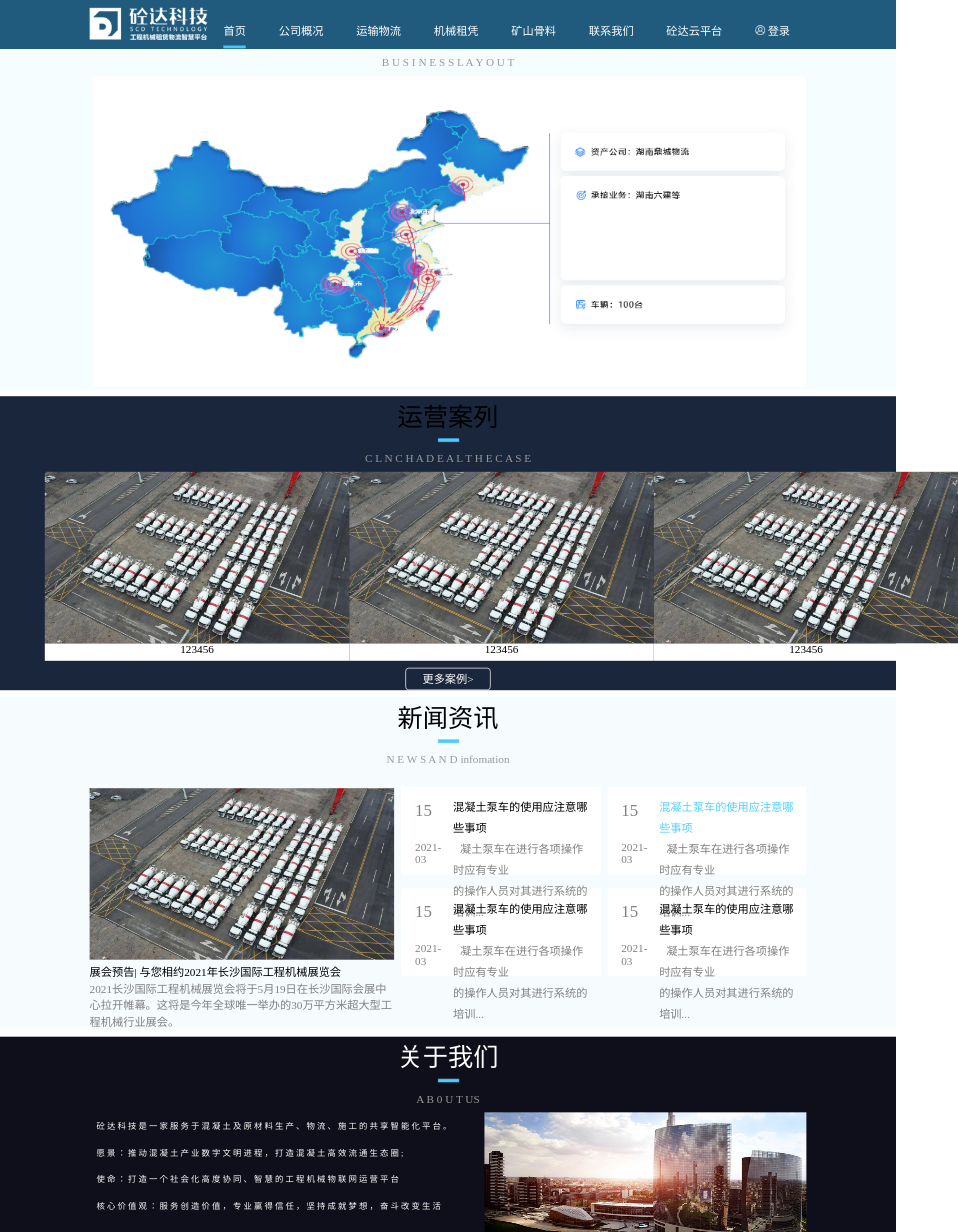
Repository: nzrdjdj/nzrdjdj.github.io
Page: index.html
An editor plug-in stored every save of this project. The page is shown before and after the next save, followed by the edit.
The browser window is 1280 px wide. The page is 1369 px wide, so the pictures cover 1369 px, including what lies to the right of the window. The pictures show the part of the page from y = 0 to 1760 px (the page is 2036 px tall before and 2705 px after), at 70% of full size.

Above is the page before, as saved 2021-10-09 09:53:04.

After the next save:
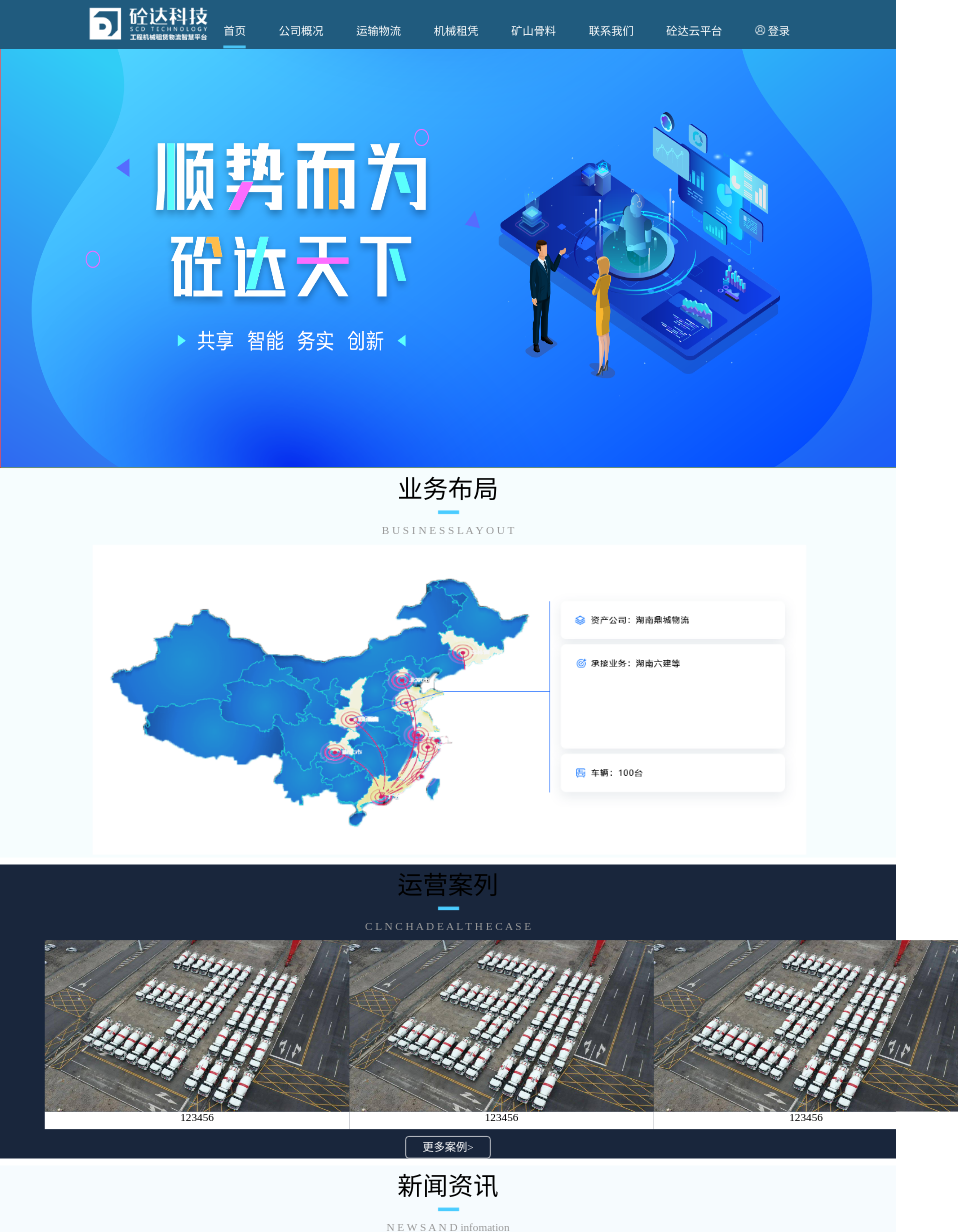
Saved 4 s later.
--- a/index.html
+++ b/index.html
@@ -81,11 +81,11 @@
 <body>
     <div class="all">
         <div class="head">
-            <!-- <div class="haed-logo" id="lunbo">
+            <div class="haed-logo" id="lunbo">
                 <img src="./images/slider/bg1.png" />
                 <img src="./images/slider/bg3.jpg" />
                 <img src="./images/slider/bg2.jpg" />
-            </div> -->
+            </div>
             <div class="head-title">
                 <div class="head-nav">
                     <div class="left">
